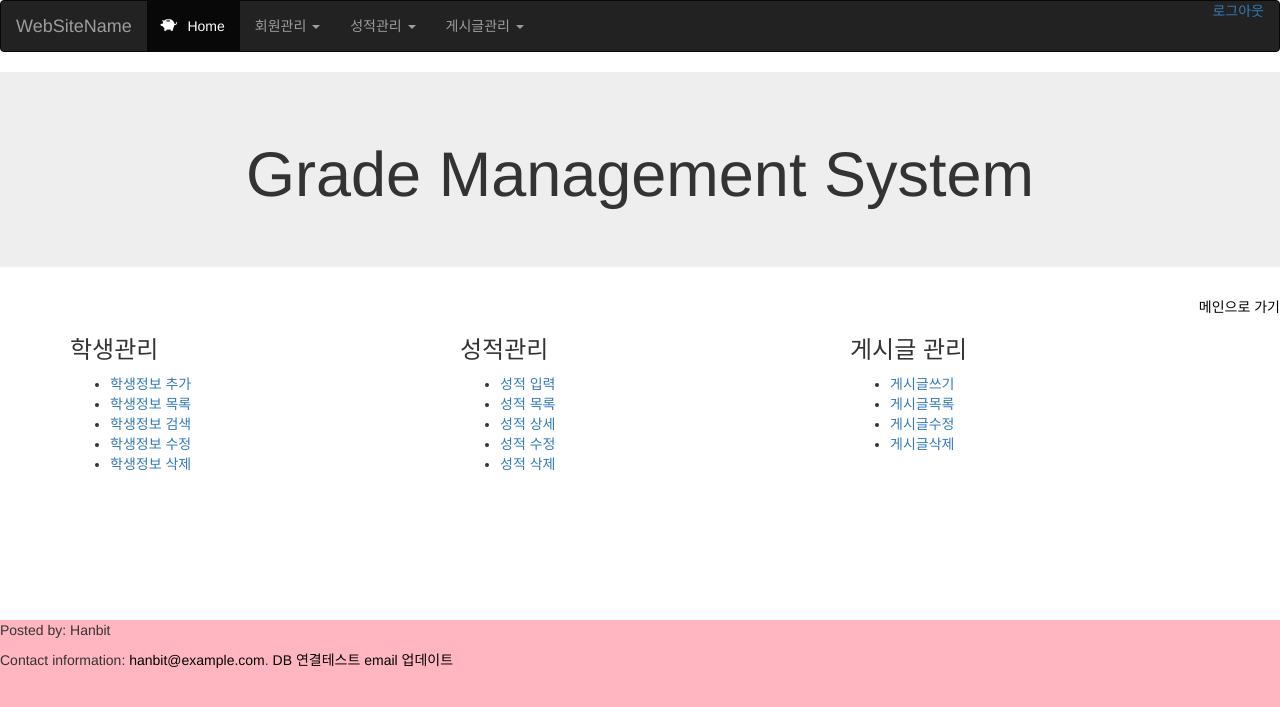
Repository: jeonghyunseok/GMSUI
Page: http://localhost/GMS2/WEB-INF/view/common/main.jsp
The author's editor kept a copy of each file at every save. The page is drawn from the files as they stood at one save, then again after the next save.
The browser window is 1280 px wide. The pictures show the whole page.
Some web libraries are served in a nearby version. The page is served by Tomcat 9. Nobody is signed in. Other server files are loaded and not shown. The template is opened directly, without the code that normally fills it, so the values that code supplies are empty.

Above is the page before, as saved 2017-08-16 03:35:49.
Console error: TypeError: Cannot read properties of null (reading 'setAttribute')

### GMS2/WebContent/WEB-INF/view/common/main.jsp
<%@ page language="java" contentType="text/html; charset=UTF-8" pageEncoding="UTF-8"%>
<jsp:include page="common_head.jsp"/>
<div class="container">
	<div class="row">

		<div class="col-sm-4">
		<h3>학생관리</h3>
		 <ul id="main_ul_stu" >
            <li><a >학생정보 추가</a></li>
            <li ><a >학생정보 목록</a></li>
            <li ><a >학생정보 검색</a></li>
            <li><a >학생정보 수정</a></li>
            <li ><a >학생정보 삭제</a></li>
            </ul>
	    </div>

		<div class="col-sm-4">
		 	<h3>성적관리</h3>
		 	 <ul id="main_ul_grade">
	               <li ><a>성적 입력</a></li>
	               <li><a >성적 목록</a></li>
	               <li ><a >성적 상세</a></li>
	               <li ><a >성적 수정</a></li>
	               <li ><a >성적 삭제</a></li>
	            </ul>
		</div>
		<div class="col-sm-4">
	    <h3>게시글 관리</h3>
	     <ul id="main_ul_board">
	               <li><a>게시글쓰기</a></li>
	               <li ><a >게시글목록</a></li>
	               <li><a >게시글수정</a></li>
	              <li ><a >게시글삭제</a></li>
	            </ul>
		</div>
		</div>
	</div>
<script>
window.onload=mainLoad();
</script>
<jsp:include page="footer.jsp"></jsp:include>

### GMS2/WebContent/WEB-INF/view/common/common_head.jsp
<%@ page language="java" contentType="text/html; charset=UTF-8" pageEncoding="UTF-8"%>

<!DOCTYPE html>
<html>
<head>
<meta charset="UTF-8" name="viewport"
	content="width=device-width, initial-scale=1.0">
<title>Student detail</title>

<link rel="stylesheet" href="${ctx}/resources/css/common.css" />
<link rel="stylesheet" href="${ctx}/resources/css/member.css" />
 <link rel="stylesheet" href="https://maxcdn.bootstrapcdn.com/bootstrap/3.3.7/css/bootstrap.min.css">

 <script src="https://ajax.googleapis.com/ajax/libs/jquery/3.2.0/jquery.min.js"></script>
 <script src="https://maxcdn.bootstrapcdn.com/bootstrap/3.3.7/js/bootstrap.min.js"></script>
</head>
<body>
	<div id="wrapper">
		<header>
	    <jsp:include page="navbar.jsp"></jsp:include>
		<div class="jumbotron text-center">
		<h1>Grade Management System</h1>
        </div>
		</header>
	<a id="go_main" href="/index.jsp">메인으로 가기</a><br />

### GMS2/WebContent/WEB-INF/view/common/navbar.jsp
<%@ page language="java" contentType="text/html; charset=UTF-8" pageEncoding="UTF-8"%>
<nav class="navbar navbar-inverse">
  <div class="container-fluid">
    <div class="navbar-header">
      <a class="navbar-brand" href="#">WebSiteName</a>
    </div>
  	  <ul class="nav navbar-nav">
  	   <li class="active"><a id="nav_move"><span class="glyphicon glyphicon-piggy-bank"></span> &nbsp; Home</a></li>

		<li class="dropdown">
      <a href="#" class="dropdown-toggle"
      	data-toggle="dropdown" role="button"
      	aria-haspopup="true"
      	aria-expanded="false">회원관리 <span class="caret">
      	</span></a>

      	<ul id="drop_stu" >
   		<li><a >학생추가</a></li>
   		<li><a >학생목록</a></li>
   		<li><a >학생조회</a></li>
   		<li role="separator" class="divider"></li>
   		<li><a >학생삭제</a></li>
      	</ul>
      	</li>

      	<li class="dropdown">
      <a href="#" class="dropdown-toggle"
      	data-toggle="dropdown" role="button"
      	aria-haspopup="true"
      	aria-expanded="false">성적관리 <span class="caret">
      	</span></a>
      	<ul id="drop_grade">
   		<li><a >성적추가</a></li>
   		<li><a >성적목록</a></li>
   		<li><a >성적조회</a></li>
   		<li role="separator" class="divider"></li>
   		<li><a >성적 삭제</a></li>
      	</ul>
      	</li>

      	<li class="dropdown">
       <a href="#" class="dropdown-toggle"
       	data-toggle="dropdown" role="button"
      	aria-haspopup="true"
      	aria-expanded="false">게시글관리 <span class="caret">
      	</span></a>
      	<ul id="drop_board" >
   		<li><a >게시글추가</a></li>
   		<li><a >게시글목록</a></li>
   		<li><a >게시글조회</a></li>
   		<li role="separator" class="divider"></li>
   		<li><a >게시글 삭제</a></li>
      	</ul>
      	</li>
   	 </ul>
   		<span class="gms-float-right" style="color:white"> ${sessionScope.user.name} &nbsp;
   		 <a  id="logout" onclick="logout('common','index')">로그아웃</a></span>
	</div>
</nav>
	<script>

		function logout(dir,page){
		location.href="${ctx}/"+dir+".do?action=move&page="+page;
		return true;
		}

		function moveTo(dir,page){
			location.href="${ctx}/"+dir+".do?action=move&page="+page;
			}

		function deleteTarget(target){
	 		prompt(target+'의 ID?');
	 	}
		function mainLoad(){

			var u1=document.getElementById("ul_stu");
		 	var u2=document.getElementById("ul_grade");
		 	var u3=document.getElementById("ul_board");

		 u1.setAttribute("class","list-group");
		 u2.setAttribute("class","list-group");
		 u3.setAttribute("class","list-group");

		 	var ul_stu=u1.children;
		 	var ul_grade=u2.children;
		 	var ul_board=u3.children;

		 	var i;
		 	for(i=0;i<ul_stu.length;i++){
		 		ul_stu[i].setAttribute("class","list-group-item");
		 	}

		 	for(i=0;i<ul_grade.length;i++){
		 		ul_grade[i].setAttribute("class","list-group-item");
		 	}
		 	for(i=0;i<ul_board.length;i++){
		 		ul_board[i].setAttribute("class","list-group-item");
		 	}

		 	ul_stu[0].setAttribute("onclick","moveTo('member','member_add')")
		 	ul_stu[1].setAttribute("onclick","moveTo('member','member_list')")
		 	ul_stu[2].setAttribute("onclick","moveTo('member','member_search')")
		 	ul_stu[3].setAttribute("onclick","moveTo('member','member_update')")
		 	ul_stu[4].setAttribute("onclick","deleteTarget('학생')")

		 	ul_grade[0].setAttribute("onclick","moveTo('grade','grade_add')")
		 	ul_grade[1].setAttribute("onclick","moveTo('grade','grade_list')")
		 	ul_grade[2].setAttribute("onclick","moveTo('grade','grade_detail')")
		 	ul_grade[3].setAttribute("onclick","moveTo('grade','grade_update')")
		 	ul_grade[4].setAttribute("onclick","deleteTarget('성적')");

		 	ul_board[0].setAttribute("onclick","moveTo('board','board_add')")
		 	ul_board[1].setAttribute("onclick","moveTo('board','board_list')")
		 	ul_board[2].setAttribute("onclick","moveTo('board','board_update')")
		 	ul_board[3].setAttribute("onclick","deleteTarget('게시글')")


		}

		var u1=document.getElementById("drop_stu");
	 	var u2=document.getElementById("drop_grade");
	 	var u3=document.getElementById("drop_board");

	 u1.setAttribute("class","dropdown-menu");
	 u2.setAttribute("class","dropdown-menu");
	 u3.setAttribute("class","dropdown-menu");

	 	var drop_stu=u1.children;
	 	var drop_grade=u2.children;
	 	var drop_board=u3.children;

	 	nav_move.setAttribute("onclick","moveTo('common','main')");

	 	drop_stu[0].setAttribute("onclick","moveTo('member','member_add')")
	 	drop_stu[1].setAttribute("onclick","moveTo('member','member_list')")
	 	drop_stu[2].setAttribute("onclick","moveTo('member','member_search')")
	 	drop_stu[4].setAttribute("onclick","deleteTarget('학생')")

	 	drop_grade[0].setAttribute("onclick","moveTo('grade','grade_add')")
	 	drop_grade[1].setAttribute("onclick","moveTo('grade','grade_list')")
	 	drop_grade[2].setAttribute("onclick","moveTo('grade','grade_detail')")
		drop_grade[4].setAttribute("onclick","deleteTarget('성적')");

	 	drop_board[0].setAttribute("onclick","moveTo('board','board_add')")
	 	drop_board[1].setAttribute("onclick","moveTo('board','board_list')")
	 	drop_board[2].setAttribute("onclick","moveTo('board','board_update')")
	 	drop_board[4].setAttribute("onclick","deleteTarget('게시글')")


	</script>

### GMS2/WebContent/WEB-INF/view/common/footer.jsp
<%@ page language="java" contentType="text/html; charset=UTF-8" pageEncoding="UTF-8"%>
<!doctype html>
	<footer>
		<div>
				<p>Posted by: Hanbit</p>
				<p>
					Contact information: <a href="mailto:someone@example.com">
						hanbit@example.com</a>.
				<a href="../jdbctest.jsp">DB 연결테스트</a>
				<a href="../util/update_email.jsp">email 업데이트</a>
				</p>
	</div>
		</footer>
			</div>
					</body>
			</html>

### GMS2/WebContent/resources/css/common.css
@CHARSET "UTF-8";
html, body{height: 100%; margin: 0; padding: 0; border: 0;}
table{border-collapse:collapse;}
#wrapper{position: relative; min-height:100%;padding-bottom:100px;}
footer{position: absolute; bottom: 0; left: 0; width: 100%;  height: 100px;  background-color: lightpink;}
fotter div{width:80%;}
#go_main{float:right}
#container{width:100%; margin:0 auto; }
#text-cen{text-align: center}
#title{text-align:center; margin:0 auto;}
#text-cen{text-align:center;}
.gms-text-center{text-align:center;}
.gms-border-black{border: 1px solid black;}
.gms-width-30pro{width:30%;}
.gms-width-100pro{width:100%;}
.gms-text-deconone{text-decoration: none}
.gms-margine-auto{margin:0 auto}
.gms-list-none{list-style-type:none}
.gms-display-inline{display: inline-block;}
.gms-color-green{color:green}
.gms-backcolor-yellow{background-color:yellow}
.gms-color-blue{color:blue}
.gms-backcolor-red{background-color:#9afafa}
.gms-float-right{float:right}


/* unvisited link */
a:link { color: black;}
/* visited link */
a:visited {color: green;}
/* mouse over link */
a:hover {color: red;}
/* selected link */
a:active {color: blue;}

### GMS2/WebContent/resources/css/member.css
@CHARSET "UTF-8";
@IMPORT "common.css";
/*index.jsp*/
#index-tab{width:75%; margin:80px auto;width:80%;border:2px solid blue}
#index-tab-tr>td{border: 1px solid black; width:30%;padding:30px; text-align:center; text-decoration: none}
#index-tab-tr>th{border: 1px solid black; width:30%; text-align:center; text-decoration: none}
.index-ul{width: 200px;text-decoration: none;list-style-type:none}
.index-ul>li{border: 1px solid black;}
.index-ul>li>a{text-decoration: none; list-style-type:none}
#wrapper{width:100%;}
#index-h1{text-align:center; margin:0 auto;font-size:80px;}
/*login.jsp*/
#login_img{width: 200px;height: 200px; text-align:center;}
#login_id{font-size:20px;width:108px;display: inline-block;}
#login_pass{font-size:20px;display: inline-block;}
#login_botton{width: 150px; background-color:yellow;}
#cancel_botton{width: 150px; background-color:red;}
/*join.jsp*/
#join_id{font-size:20px;width:108px;display: inline-block;}
#join_pass{font-size:20px;display: inline-block;}
#join_name{font-size:20px;width:108px;display: inline-block;}
#join_birth{font-size:15px;width:60px;display: inline-block;}
#join_yes_btn{width:140px ; background-color:green;margin:0 auto;}
#join_no_btn{width:140px ; background-color:red;margin:0 auto;}
#join_form{margin:0 auto;}
/*login_list.jsp*/
#member_list_tab {width:60%;margin:0 auto;}
#member_list_tab th{border-bottom:2px solid black;height:40px;text-align:center;background-color:yellow;}
#member_list_tab td{border-bottom:2px solid black;height:40px;text-align:center;}
/*member_search*/
#member_search_box{width:300px;margin:0 auto;}
/*member_detail*/
#member_detail_tab {width: 60%;margin:0 auto;}
#member_detail_tab tr{border:2px solid black;height:40px;text-align:center;}
#member_detail_tab td{border:2px solid black;height:40px;text-align:center;}

After the next save:
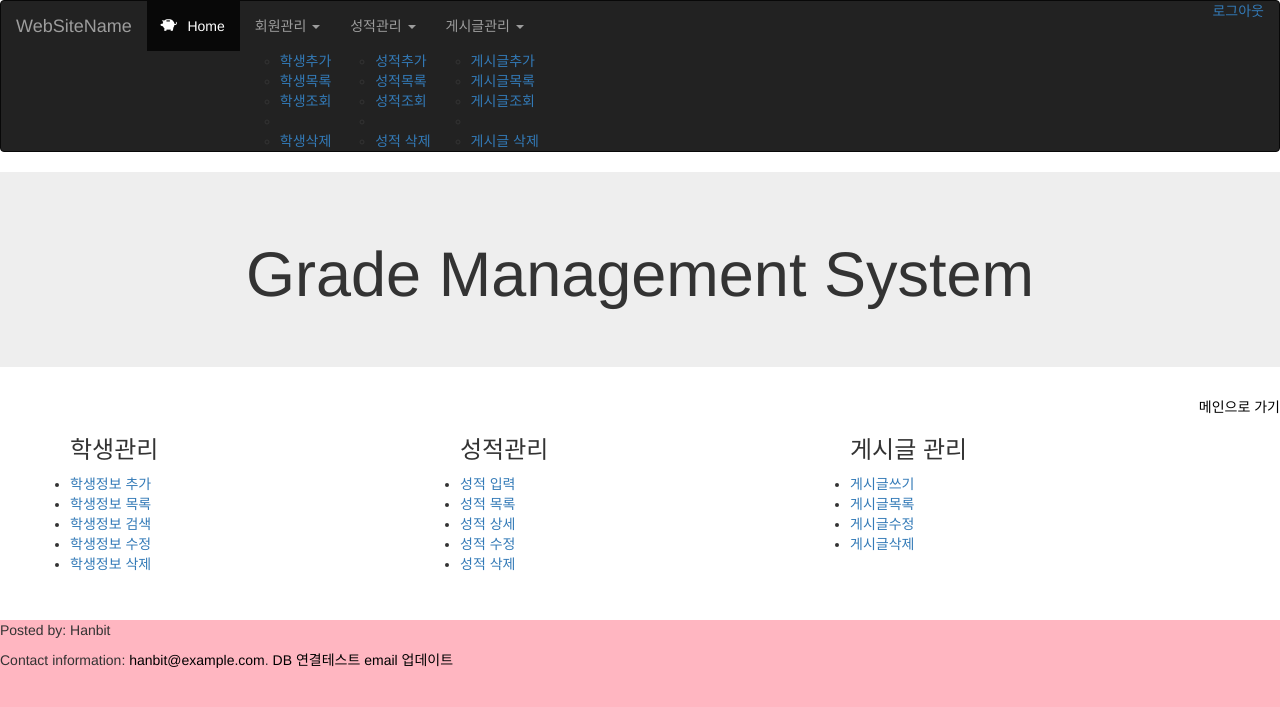
Console error: TypeError: Cannot read properties of null (reading 'children')
Saved 14 min 51 s later.
--- a/GMS2/WebContent/WEB-INF/view/common/navbar.jsp
+++ b/GMS2/WebContent/WEB-INF/view/common/navbar.jsp
@@ -14,11 +14,11 @@
       	aria-expanded="false">회원관리 <span class="caret">
       	</span></a>
 
-      	<ul id="drop_stu" >
+      	<ul id="navbar_drop_stu" >
    		<li><a >학생추가</a></li>
    		<li><a >학생목록</a></li>
    		<li><a >학생조회</a></li>
-   		<li role="separator" class="divider"></li>
+   		<li ></li>
    		<li><a >학생삭제</a></li>
       	</ul>
       	</li>
@@ -33,7 +33,7 @@
    		<li><a >성적추가</a></li>
    		<li><a >성적목록</a></li>
    		<li><a >성적조회</a></li>
-   		<li role="separator" class="divider"></li>
+   		<li ></li>
    		<li><a >성적 삭제</a></li>
       	</ul>
       	</li>
@@ -48,7 +48,7 @@
    		<li><a >게시글추가</a></li>
    		<li><a >게시글목록</a></li>
    		<li><a >게시글조회</a></li>
-   		<li role="separator" class="divider"></li>
+   		<li ></li>
    		<li><a >게시글 삭제</a></li>
       	</ul>
       	</li>
@@ -73,78 +73,91 @@
 	 	}
 		function mainLoad(){
 
-			var u1=document.getElementById("ul_stu");
-		 	var u2=document.getElementById("ul_grade");
-		 	var u3=document.getElementById("ul_board");
+			var u1=document.getElementById("main_ul_stu");
+		 	var u2=document.getElementById("main_ul_grade");
+		 	var u3=document.getElementById("main_ul_board");
 
 		 u1.setAttribute("class","list-group");
 		 u2.setAttribute("class","list-group");
 		 u3.setAttribute("class","list-group");
 
-		 	var ul_stu=u1.children;
-		 	var ul_grade=u2.children;
-		 	var ul_board=u3.children;
+		 	var u1c=u1.children;
+		 	var u2c=u2.children;
+		 	var u3c=u3.children;
 
 		 	var i;
 		 	for(i=0;i<ul_stu.length;i++){
-		 		ul_stu[i].setAttribute("class","list-group-item");
+		 		u1c[i].setAttribute("class","list-group-item");
 		 	}
 
 		 	for(i=0;i<ul_grade.length;i++){
-		 		ul_grade[i].setAttribute("class","list-group-item");
+		 		u2c[i].setAttribute("class","list-group-item");
 		 	}
 		 	for(i=0;i<ul_board.length;i++){
-		 		ul_board[i].setAttribute("class","list-group-item");
+		 		u3c[i].setAttribute("class","list-group-item");
 		 	}
 
-		 	ul_stu[0].setAttribute("onclick","moveTo('member','member_add')")
-		 	ul_stu[1].setAttribute("onclick","moveTo('member','member_list')")
-		 	ul_stu[2].setAttribute("onclick","moveTo('member','member_search')")
-		 	ul_stu[3].setAttribute("onclick","moveTo('member','member_update')")
-		 	ul_stu[4].setAttribute("onclick","deleteTarget('학생')")
+		 	u1c[0].setAttribute("onclick","moveTo('member','member_add')")
+		 	u1c[1].setAttribute("onclick","moveTo('member','member_list')")
+		 	u1c[2].setAttribute("onclick","moveTo('member','member_search')")
+		 	u1c[3].setAttribute("onclick","moveTo('member','member_update')")
+		 	u1c[4].setAttribute("onclick","deleteTarget('학생')")
 
-		 	ul_grade[0].setAttribute("onclick","moveTo('grade','grade_add')")
-		 	ul_grade[1].setAttribute("onclick","moveTo('grade','grade_list')")
-		 	ul_grade[2].setAttribute("onclick","moveTo('grade','grade_detail')")
-		 	ul_grade[3].setAttribute("onclick","moveTo('grade','grade_update')")
-		 	ul_grade[4].setAttribute("onclick","deleteTarget('성적')");
+		 	u2c[0].setAttribute("onclick","moveTo('grade','grade_add')")
+		 	u2c[1].setAttribute("onclick","moveTo('grade','grade_list')")
+		 u2c[2].setAttribute("onclick","moveTo('grade','grade_detail')")
+		 	u2c[3].setAttribute("onclick","moveTo('grade','grade_update')")
+		 	u2c[4].setAttribute("onclick","deleteTarget('성적')");
 
-		 	ul_board[0].setAttribute("onclick","moveTo('board','board_add')")
-		 	ul_board[1].setAttribute("onclick","moveTo('board','board_list')")
-		 	ul_board[2].setAttribute("onclick","moveTo('board','board_update')")
-		 	ul_board[3].setAttribute("onclick","deleteTarget('게시글')")
-
+		 	u3c[0].setAttribute("onclick","moveTo('board','board_add')")
+		 	u3c[1].setAttribute("onclick","moveTo('board','board_list')")
+		 	u3c[2].setAttribute("onclick","moveTo('board','board_update')")
+		 	u3c[3].setAttribute("onclick","deleteTarget('게시글')")
 
 		}
 
-		var u1=document.getElementById("drop_stu");
-	 	var u2=document.getElementById("drop_grade");
-	 	var u3=document.getElementById("drop_board");
+		function navbarLoad(){
 
-	 u1.setAttribute("class","dropdown-menu");
-	 u2.setAttribute("class","dropdown-menu");
-	 u3.setAttribute("class","dropdown-menu");
+			var u1=document.getElementById("navbar_drop_stu");
+		 	var u2=document.getElementById("navbar_drop_grade");
+		 	var u3=document.getElementById("navbar_drop_board");
 
-	 	var drop_stu=u1.children;
-	 	var drop_grade=u2.children;
-	 	var drop_board=u3.children;
+		 	var u1c=u1.children;
+		 	var u2c=u2.children;
+		 	var u3c=u3.children;
 
-	 	nav_move.setAttribute("onclick","moveTo('common','main')");
+		 u1.setAttribute("class","dropdown-menu");
+		 u2.setAttribute("class","dropdown-menu");
+		 u3.setAttribute("class","dropdown-menu");
 
-	 	drop_stu[0].setAttribute("onclick","moveTo('member','member_add')")
-	 	drop_stu[1].setAttribute("onclick","moveTo('member','member_list')")
-	 	drop_stu[2].setAttribute("onclick","moveTo('member','member_search')")
-	 	drop_stu[4].setAttribute("onclick","deleteTarget('학생')")
 
-	 	drop_grade[0].setAttribute("onclick","moveTo('grade','grade_add')")
-	 	drop_grade[1].setAttribute("onclick","moveTo('grade','grade_list')")
-	 	drop_grade[2].setAttribute("onclick","moveTo('grade','grade_detail')")
-		drop_grade[4].setAttribute("onclick","deleteTarget('성적')");
 
-	 	drop_board[0].setAttribute("onclick","moveTo('board','board_add')")
-	 	drop_board[1].setAttribute("onclick","moveTo('board','board_list')")
-	 	drop_board[2].setAttribute("onclick","moveTo('board','board_update')")
-	 	drop_board[4].setAttribute("onclick","deleteTarget('게시글')")
+		 	nav_move.setAttribute("onclick","moveTo('common','main')");
+
+		 	u1c[0].setAttribute("onclick","moveTo('member','member_add')")
+		 	u1c[1].setAttribute("onclick","moveTo('member','member_list')")
+		 	u1c[2].setAttribute("onclick","moveTo('member','member_search')")
+		 	u1c[3].setAttribute("role","separator");
+		 	u1c[3].setAttribute("class","divider");
+		 	u1c[4].setAttribute("onclick","deleteTarget('학생')")
+
+		 	u2c[0].setAttribute("onclick","moveTo('grade','grade_add')")
+		 	u2c[1].setAttribute("onclick","moveTo('grade','grade_list')")
+		 	u2c[2].setAttribute("onclick","moveTo('grade','grade_detail')")
+			u2c[3].setAttribute("role","separator");
+		 	u2c[3].setAttribute("class","divider");
+		 	u2c[4].setAttribute("onclick","deleteTarget('성적')");
+
+		 	u3c[0].setAttribute("onclick","moveTo('board','board_add')")
+		 	u3c[1].setAttribute("onclick","moveTo('board','board_list')")
+		 	u3c[2].setAttribute("onclick","moveTo('board','board_update')")
+		 	u3c[3].setAttribute("role","separator");
+		 	u3c[3].setAttribute("class","divider");
+		 	u3c[4].setAttribute("onclick","deleteTarget('게시글')")
+
+		}
+
+	  	window.onload=navbarLoad();
 
 
 	</script>

After the save that followed:
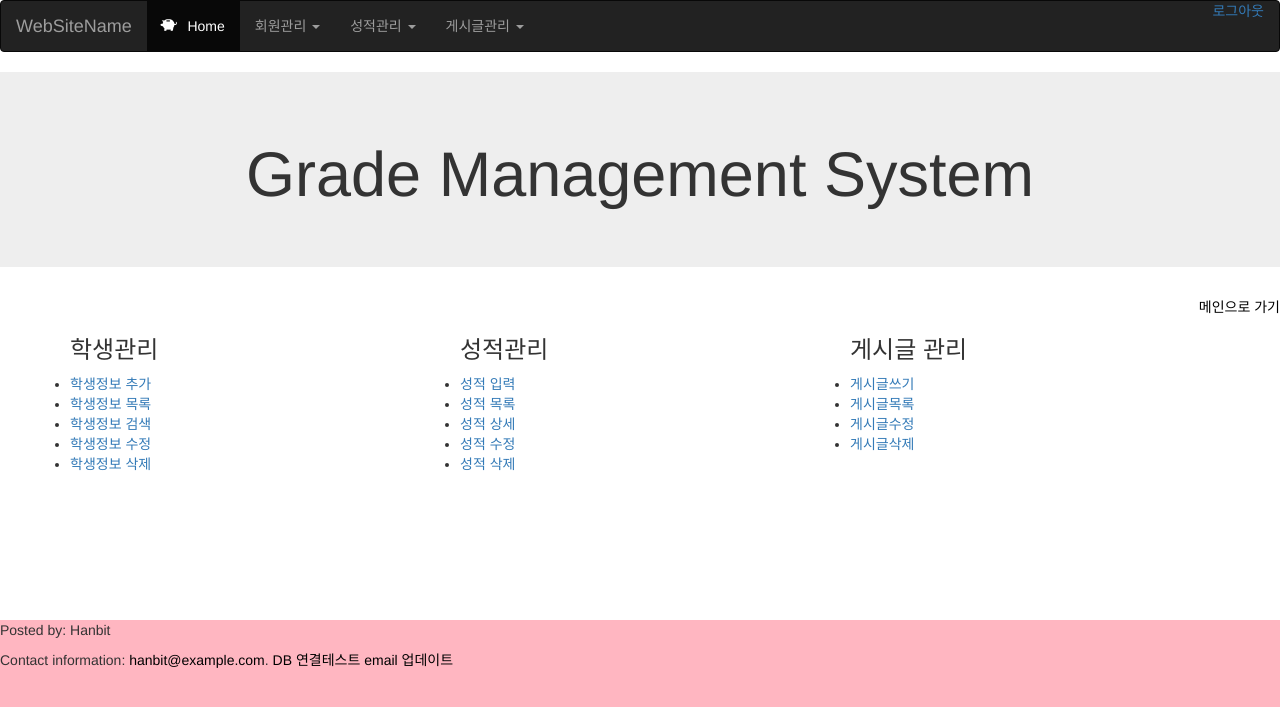
Console error: ReferenceError: ul_stu is not defined
Saved 2 min 44 s later.
--- a/GMS2/WebContent/WEB-INF/view/common/navbar.jsp
+++ b/GMS2/WebContent/WEB-INF/view/common/navbar.jsp
@@ -29,7 +29,7 @@
       	aria-haspopup="true"
       	aria-expanded="false">성적관리 <span class="caret">
       	</span></a>
-      	<ul id="drop_grade">
+      	<ul id="navbar_drop_grade">
    		<li><a >성적추가</a></li>
    		<li><a >성적목록</a></li>
    		<li><a >성적조회</a></li>
@@ -44,7 +44,7 @@
       	aria-haspopup="true"
       	aria-expanded="false">게시글관리 <span class="caret">
       	</span></a>
-      	<ul id="drop_board" >
+      	<ul id="navbar_drop_board" >
    		<li><a >게시글추가</a></li>
    		<li><a >게시글목록</a></li>
    		<li><a >게시글조회</a></li>
